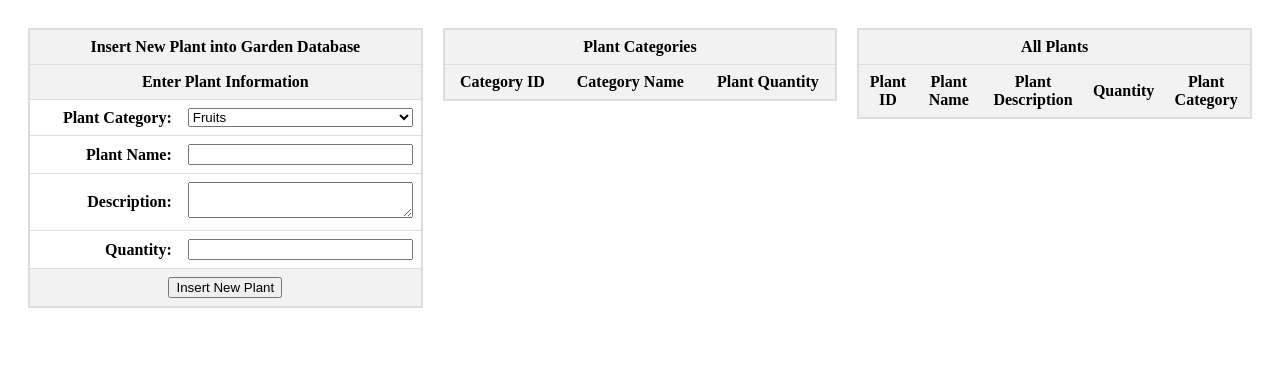
Repository: bkyncl/csd-430
Page: http://localhost/kyncl_08/form.jsp
An editor plug-in stored every save of this project. The page is shown before and after the next save, followed by the edit.
The browser window is 1280 px wide. The pictures show the whole page.
The page is served by Tomcat 9. Other server files are loaded and not shown. The template is opened directly, without the code that normally fills it, so the values that code supplies are empty.

Above is the page before, as saved 2023-07-04 09:11:41.

### kyncl_08/src/main/webapp/form.jsp
<%@ page language="java" contentType="text/html; charset=ISO-8859-1"
    pageEncoding="ISO-8859-1"%>
<%@ taglib prefix="c" uri="http://java.sun.com/jsp/jstl/core" %>
<!DOCTYPE html>
<html>
<head>
<meta charset="ISO-8859-1">
<title>Insert Records Form</title>
<style>
    table {
        border-collapse: collapse;
        border: 2px solid #ddd;
        width: 100%;
    }
    th, td {
        padding: 8px;
        text-align: left;
        border-bottom: 1px solid #ddd;
    }
    th {
        background-color: #f2f2f2;
        text-align: center;
    }
    td.label-cell {
        text-align: right;
        font-weight: bold;
    }
    input[type="text"],
    input[type="number"],
    textarea,
    select {
        width: 100%;
        box-sizing: border-box;
    }
    #button-container {
        text-align: center;
        background-color: #f2f2f2;
    }
    #button {
        display: inline-block;
    }
    .result-table th, .result-table td {
        text-align: center;
        border-bottom: 1px solid #ddd;
    }
    .form-container {
        display: flex;
        flex-wrap: wrap;
        padding: 10px;
    }

    .form-container > div {
        flex: 1 1 100%;
        padding: 10px;
    }

    @media screen and (min-width: 768px) {
        .form-container > div {
            flex: 1 1 30%;
        }
    }
</style>
</head>
<body>
<div class="form-container">
	<div>
		<form action="<%=request.getContextPath()%>/plants?action=insert" method="POST">
		    <table>
		    	<tr>
		            <th colspan="3">Insert New Plant into Garden Database</th>
		        </tr>
		        <tr>
		            <th colspan="3">Enter Plant Information</th>
		        </tr>
		        <tr>
		            <td class="label-cell">
		                <label for="categoryId">Plant Category:</label>
		            </td>
		            <td colspan="2">
		                <select name="categoryId" id="category">
		                    <option value="1">Fruits</option>
		                    <option value="2">Vegetables</option>
		                    <option value="3">Herbs</option>
		                </select>
		            </td>
		        </tr>
		        <tr>
		            <td class="label-cell">
		                <label for="name">Plant Name:</label>
		            </td>
		            <td colspan="2">
		                <input type="text" name="plantName" id="name" required maxlength="50">
		            </td>
		        </tr>
		        <tr>
		            <td class="label-cell">
		                <label for="description">Description:</label>
		            </td>
		            <td colspan="2">
		                <textarea name=plantDescription id="description" maxlength="200"></textarea>
		            </td>
		        </tr>
		        <tr>
		            <td class="label-cell">
		                <label for="quantity">Quantity:</label>
		            </td>
		            <td colspan="2">
		                <input type="number" name="quantity" id="quantity" required pattern="[0-9]+">
		            </td>
		        </tr>
		        <tr>
		            <td colspan="3" id="button-container">
		            	<input type="hidden" name="action" value="result">
		                <input id="button" type="submit" value="Insert New Plant">
		            </td>
		        </tr>
		    </table>
		</form>
	</div>
	<div>
		<table class="result-table">
			<tr>
				<th colspan="3">Plant Categories</th>
			</tr>
		    <tr>
		        <th>Category ID</th>
		        <th>Category Name</th>
		        <th>Plant Quantity</th>
		    </tr>
		    <c:forEach var="category" items="${categories}">
		        <tr>
		            <td>${category.categoryId}</td>
		            <td>${category.categoryName}</td>
		            <td>${category.plantCount}</td>
		        </tr>
		    </c:forEach>
		</table>
	</div>
	<div>
		<!-- Display the list of plants -->
	    <table class="result-table">
	    	<tr>
				<th colspan="5">All Plants</th>
			</tr>
	        <tr>
	            <th>Plant ID</th>
	            <th>Plant Name</th>
	            <th>Plant Description</th>
	            <th>Quantity</th>
	            <th>Plant Category</th>
	        </tr>
	        <c:forEach var="plant" items="${plants}">
	            <tr>
	            	<td>${plant.plantId}</td>
	                <td>${plant.plantName}</td>
	                <td>${plant.plantDescription}</td>
	                <td>${plant.quantity}</td>
	                <td>
	                <c:forEach var="category" items="${categories}">
	                    <c:if test="${category.categoryId eq plant.categoryId}">
	                        ${category.categoryName}
	                    </c:if>
	                </c:forEach>
	            </td>
	            </tr>
	        </c:forEach>
	    </table>
	</div>
</div>
</body>
</html>

After the next save:
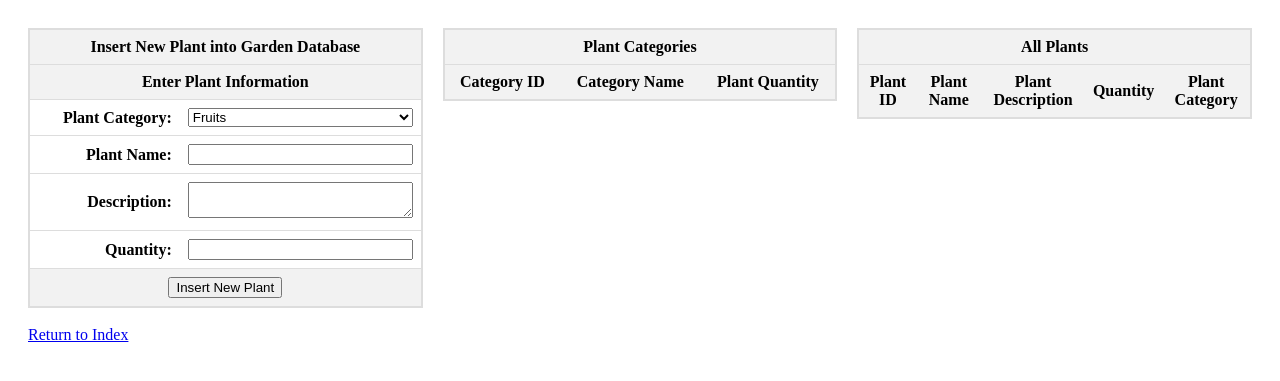
Saved 2 min 11 s later.
--- a/kyncl_08/src/main/webapp/form.jsp
+++ b/kyncl_08/src/main/webapp/form.jsp
@@ -116,6 +116,8 @@
 		        </tr>
 		    </table>
 		</form>
+		<br>
+		<a href="/kyncl_08/index.jsp">Return to Index</a>
 	</div>
 	<div>
 		<table class="result-table">
